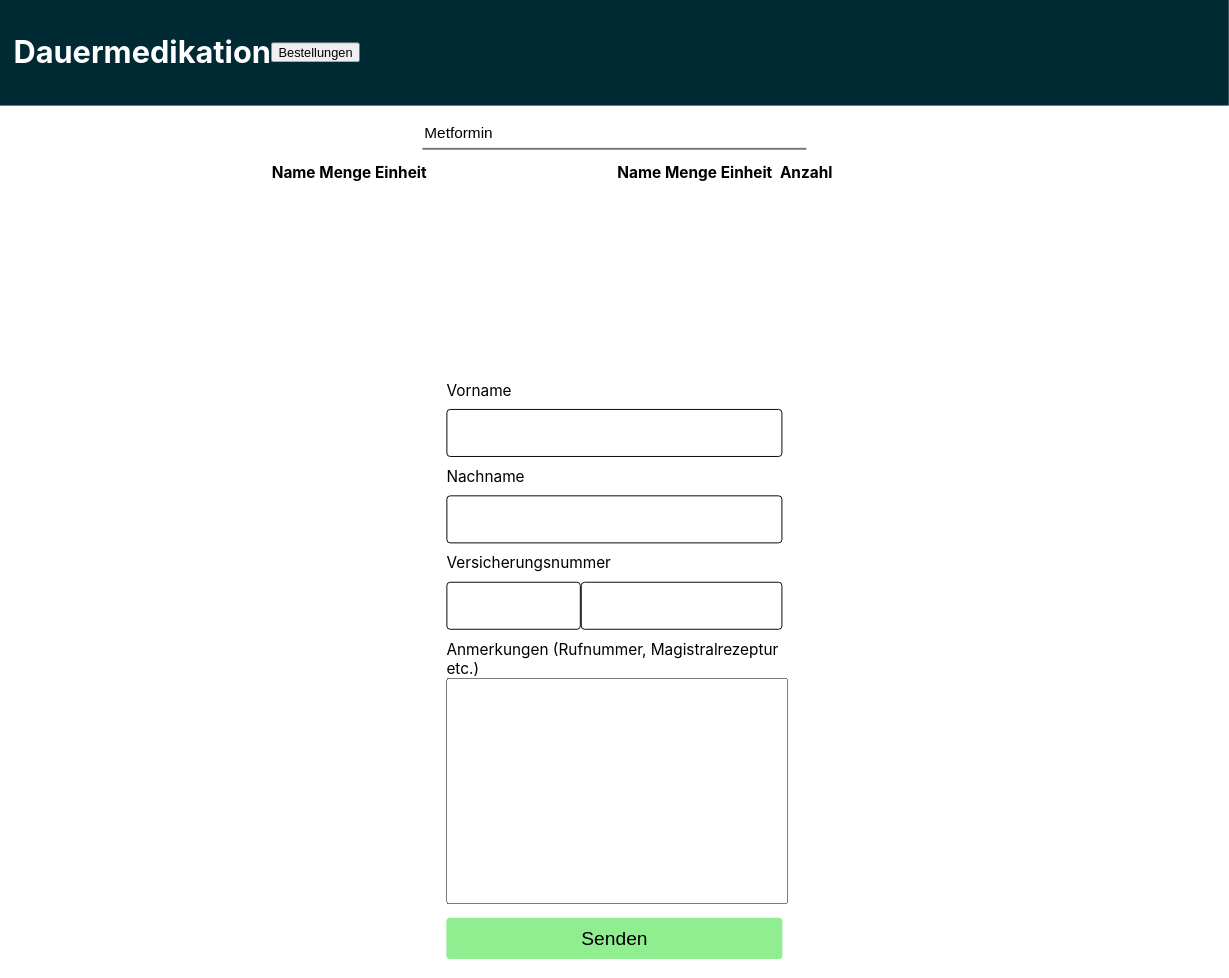
Repository: Esatollah/MedDemo
Page: / (app in client/)
These files come from the project's save history. The page is drawn as it stood at one moment and after the next save; the edit follows.
The browser window is 1280 px wide. The pictures show the whole page, at 96% of full size.
The page's requests for data from a server got no answer. The project was rebuilt for these pictures with package versions that can differ from the ones it lists, and the page was loaded fresh each time. No one was signed in, and anything a server would have sent is missing. Also part of the build but not shown: client/src/Routes/Bestellungen.jsx.

Above is the page before, as saved 2022-06-10 18:07:46.

After the next save:
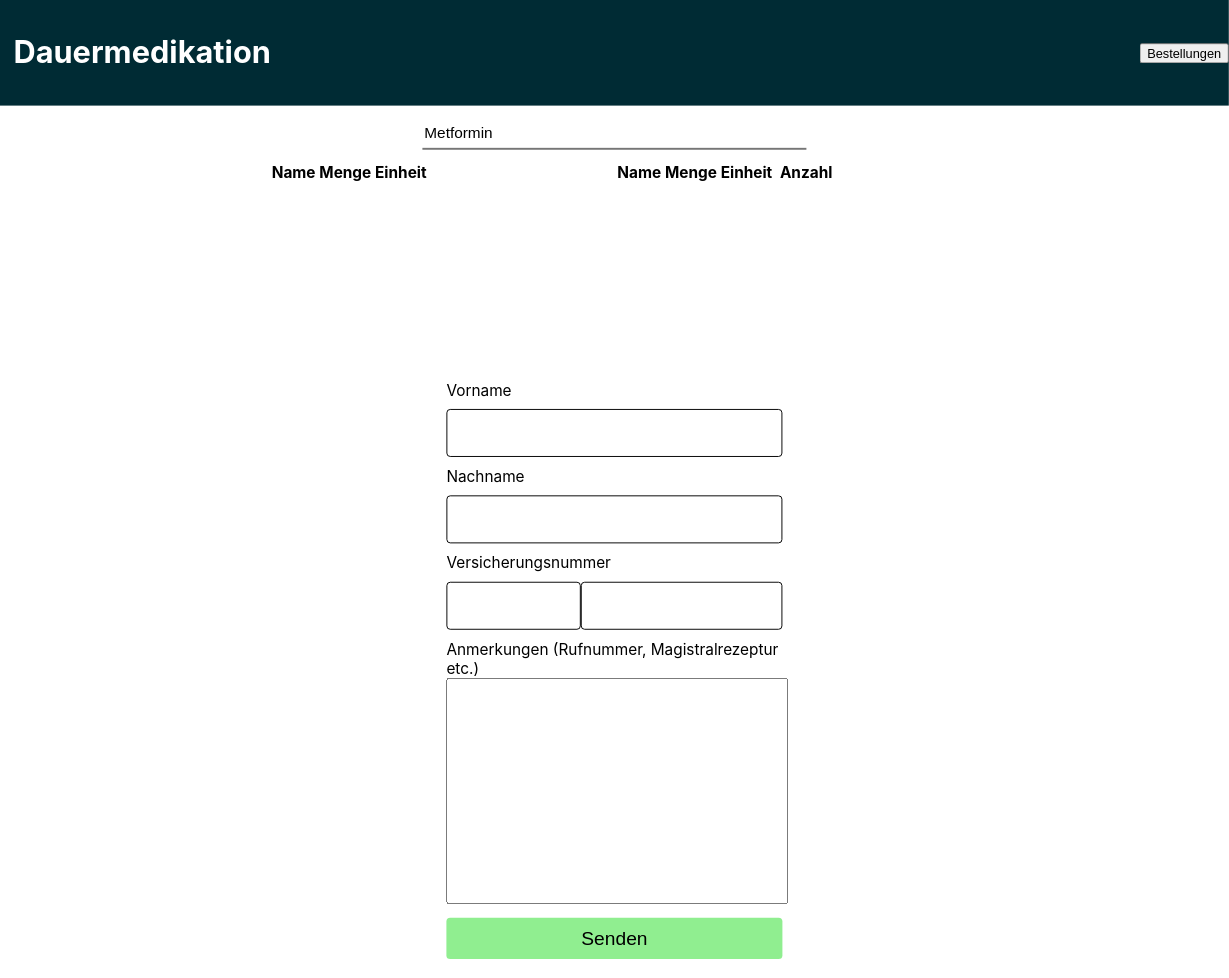
Saved 47 s later.
--- a/client/src/Styles/NavbarStyles.js
+++ b/client/src/Styles/NavbarStyles.js
@@ -12,7 +12,7 @@ export const NavWrap = styled.div`
         color: #fff;
     }
 
-    div button{
-        float:right;
+    div {
+    margin-left: auto;
     }
 `;
